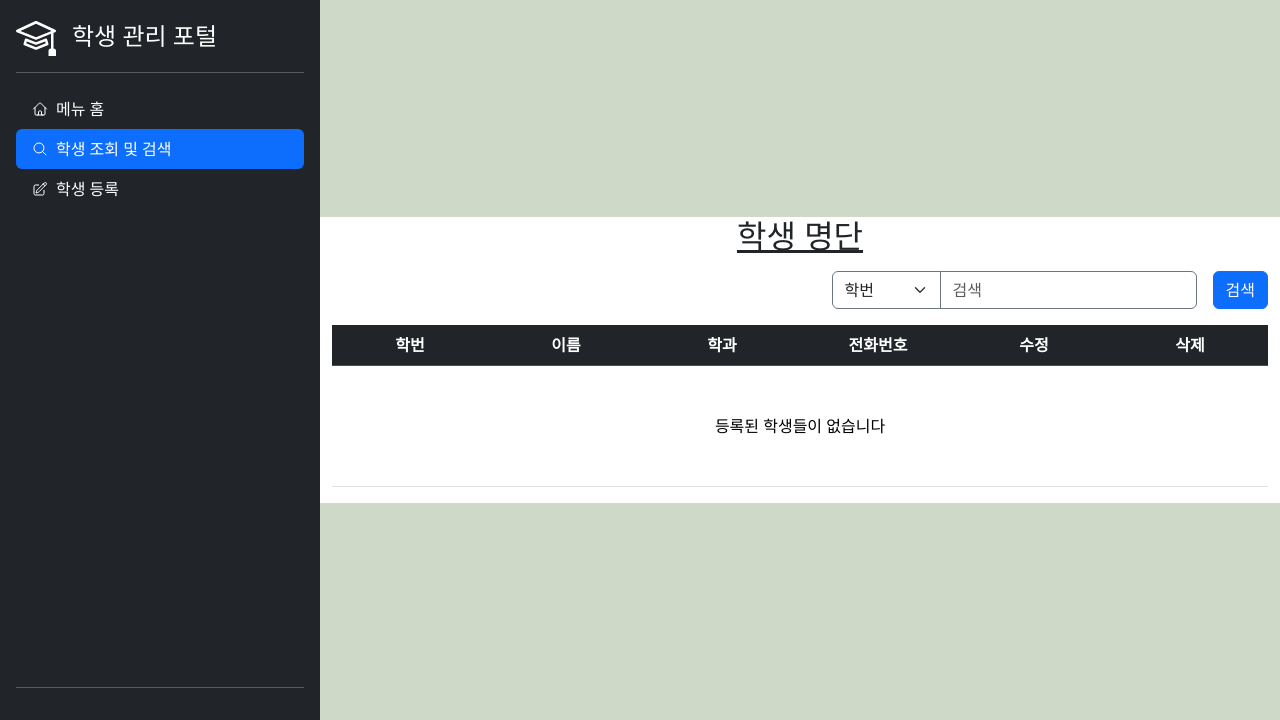
Repository: invisibleufo101/StudentManagementWeb
Page: http://localhost/HSW_Web/browseStudents.do
An editor plug-in stored every save of this project. The page is shown before and after the next save, followed by the edit.
The browser window is 1280 px wide. The pictures show the whole page.
The page is served by Tomcat 9. Other server files are loaded and not shown. Queries for data that is not in the repository find no rows.

Above is the page before, as saved 2024-09-24 15:32:21.

### HSW_Web/src/main/java/com/university/controller/BrowseStudentsServlet.java
package com.university.controller;

import java.io.IOException;
import java.io.PrintWriter;
import java.util.List;

import javax.servlet.ServletException;
import javax.servlet.annotation.WebServlet;
import javax.servlet.http.HttpServlet;
import javax.servlet.http.HttpServletRequest;
import javax.servlet.http.HttpServletResponse;
import javax.servlet.http.HttpSession;

import com.university.model.impl.Student;
import com.university.service.StudentService;

@WebServlet("/browseStudents.do")
public class BrowseStudentsServlet extends HttpServlet {

	private static final long serialVersionUID = 1L;

	/**
	 * 사용자가 학 조회 및 검색 탭을 눌렀을 때 호출 되는 메소드입니다.
	 */
	protected void service(HttpServletRequest request, HttpServletResponse response)
			throws ServletException, IOException {
		showContent(request, response);
	}

	/**
	 * 사용자를 위해 데이터베이스에 저장된 모든 학생들의 정보를 볼 수 있는 페이지를 생성합니다. 테이블 위에 있는 검색 기능으로 특정한 조건에
	 * 맞는 학생들을 골라 볼 수 있습니다.
	 *
	 * @param request  사용자 요청
	 * @param response 요청에 해당하는 학생 명단 페이
	 * @throws IOException
	 */
	private void showContent(HttpServletRequest request, HttpServletResponse response) throws IOException {

		// Get search Category & Keyword from session
		String searchCategory = request.getParameter("search_student_category");
		String searchKeyword = request.getParameter("search_student_keyword");

		// Set default value for both search category & keyword
		if (searchCategory == null) {
			searchCategory = "search_by_id";
		}

		if (searchKeyword == null) {
			searchKeyword = "";
		}

		HttpSession session = request.getSession();
		session.setAttribute("searchCategory", searchCategory);
		session.setAttribute("searchKeyword", searchKeyword);

		PrintWriter out = response.getWriter();

		// Head
		out.println("<!DOCTYPE html>");
		out.println("<html>");
		out.println("<head>");
		out.println("<meta charset='UTF-8'>");
		out.println("<meta name='viewport' content='width=device-width, initial-scale=1'>");
		out.println("<link rel='stylesheet' href='css/bootstrap.min.css' />");
		out.println("<script defer src='js/bootstrap.bundle.min.js'></script>");
		out.println("<link rel='icon' href='images/portal_icon.svg'/>");
		out.println("<title>학생 관리 포털</title>");
		out.println("</head>");

		// Body
		out.println("<body>");
		out.println("<main class='d-flex flex-nowrap vh-100'>");

		// Navbar
		out.println("<!-- Start of Navbar -->");
		out.println("<nav class='d-flex flex-lg-column flex-md-column flex-row flex-shrink-0 p-3 text-bg-dark' style='width: 25vw;'>");
		out.println("<a href='/' class='d-flex justify-content-around align-items-center mb-3 mb-md-0 me-md-auto text-white text-decoration-none'>");
		out.println("<svg xmlns='http://www.w3.org/2000/svg' width='40' height='40' fill='currentColor' class='bi bi-mortarboard' viewBox='0 0 16 16'>");
		out.println("<path d='M8.211 2.047a.5.5 0 0 0-.422 0l-7.5 3.5a.5.5 0 0 0 .025.917l7.5 3a.5.5 0 0 0 .372 0L14 7.14V13a1 1 0 0 0-1 1v2h3v-2a1 1 0 0 0-1-1V6.739l.686-.275a.5.5 0 0 0 .025-.917zM8 8.46 1.758 5.965 8 3.052l6.242 2.913z'/>");
		out.println("<path d='M4.176 9.032a.5.5 0 0 0-.656.327l-.5 1.7a.5.5 0 0 0 .294.605l4.5 1.8a.5.5 0 0 0 .372 0l4.5-1.8a.5.5 0 0 0 .294-.605l-.5-1.7a.5.5 0 0 0-.656-.327L8 10.466zm-.068 1.873.22-.748 3.496 1.311a.5.5 0 0 0 .352 0l3.496-1.311.22.748L8 12.46z'/>");
		out.println("</svg>");
		out.println("<span class='ms-3' style='font-size: 1.5rem;'>학생 관리 포털</span>");
		out.println("</a>");
		out.println("<hr/>");
		out.println("<ul class='nav nav-pills flex-column mb-auto'>");

		// 홈
		out.println("<!-- Menu Home -->");
		out.println("<li class='nav-item'>");
		out.println("<a href='/' class='nav-link text-white'>");
		out.println("<div class='d-flex align-items-center'>");
		out.println("<svg class='bi me-2' xmlns='http://www.w3.org/2000/svg' fill='none' viewBox='0 0 24 24' stroke-width='1.5' stroke='currentColor' width='16' height='16'>");
		out.println("<path stroke-linecap='round' stroke-linejoin='round' d='m2.25 12 8.954-8.955c.44-.439 1.152-.439 1.591 0L21.75 12M4.5 9.75v10.125c0 .621.504 1.125 1.125 1.125H9.75v-4.875c0-.621.504-1.125 1.125-1.125h2.25c.621 0 1.125.504 1.125 1.125V21h4.125c.621 0 1.125-.504 1.125-1.125V9.75M8.25 21h8.25' />");
		out.println("</svg>");
		out.println("<p class='m-0'>메뉴 홈</p>");
		out.println("</div>");
		out.println("</a>");
		out.println("</li>");

		// 학생 조회 및 검색
		out.println("<!-- List and Search Students -->");
		out.println("<li>");
		out.println("<a href='/browseStudents.do' class='nav-link active'>");
		out.println("<div class='d-flex align-items-center'>");
		out.println("<svg class='bi me-2' xmlns='http://www.w3.org/2000/svg' fill='none' viewBox='0 0 24 24' stroke-width='1.5' stroke='currentColor' width='16' height='16'>");
		out.println("<path stroke-linecap='round' stroke-linejoin='round' d='m21 21-5.197-5.197m0 0A7.5 7.5 0 1 0 5.196 5.196a7.5 7.5 0 0 0 10.607 10.607Z'/>");
		out.println("</svg>");
		out.println("<p class='m-0'>학생 조회 및 검색</p>");
		out.println("</div>");
		out.println("</a>");
		out.println("</li>");

		// 학생 등록
		out.println("<!-- Register Student -->");
		out.println("<li>");
		out.println("<a href='/register_student.html' class='nav-link text-white'>");
		out.println("<div class='d-flex align-items-center'>");
		out.println("<svg class='bi me-2' xmlns='http://www.w3.org/2000/svg' fill='none' viewBox='0 0 24 24' stroke-width='1.5' stroke='currentColor' width='16' height='16'>");
		out.println("<path stroke-linecap='round' stroke-linejoin='round' d='m16.862 4.487 1.687-1.688a1.875 1.875 0 1 1 2.652 2.652L10.582 16.07a4.5 4.5 0 0 1-1.897 1.13L6 18l.8-2.685a4.5 4.5 0 0 1 1.13-1.897l8.932-8.931Zm0 0L19.5 7.125M18 14v4.75A2.25 2.25 0 0 1 15.75 21H5.25A2.25 2.25 0 0 1 3 18.75V8.25A2.25 2.25 0 0 1 5.25 6H10' />");
		out.println("</svg>");
		out.println("<p class='m-0'>학생 등록</p>");
		out.println("</div>");
		out.println("</a>");
		out.println("</li>");
		out.println("</ul>");
		out.println("<hr/>");
		out.println("</nav>");
		out.println("<!-- End of Navbar -->");

		// 학생 명단
		out.println("<section class='d-flex justify-content-center align-items-center' style='width: 75vw; background-color: #ced9c7;'>");
		out.println("<!-- Start of Student List -->");
		out.println("<div class='container mx-auto bg-white' style='max-height: 80vh; overflow-y: auto;'>");
		out.println("<h2 class='text-center text-decoration-underline mb-3'>학생 명단</h2>");

		// 검색

		out.println("<div class=''>");
		out.println("<form action='/browseStudents.do' method='POST'>");
		out.println("<div class='row g-3 justify-content-end'>");

		out.println("<div class='col-auto'>");
		out.println("<div class='input-group'>");

		out.println("<div class='w-20'>");
		out.println("<select class='form-select border rounded-start border-secondary' style='border-radius: 0;' name='search_student_category'>");

		// Juggle selected attribute based on the current search category & keyword stored in session
		String category = (String) session.getAttribute("searchCategory");
		if (category.equals("search_by_id")) {
			out.println("<option value='search_by_id' selected> 학번 </option>");
		} else {
			out.println("<option value='search_by_id'> 학번 </option>");
		}

		if (category.equals("search_by_name")) {
			out.println("<option value='search_by_name' selected> 이름 </option>");
		} else {
			out.println("<option value='search_by_name'> 이름 </option>");
		}

		if (category.equals("search_by_major")) {
			out.println("<option value='search_by_major' selected> 학과 </option>");
		} else {
			out.println("<option value='search_by_major'> 학과 </option>");
		}

		if (category.equals("search_by_phone_number")) {
			out.println("<option value='search_by_phone_number' selected> 전화번호 </option>");
		} else {
			out.println("<option value='search_by_phone_number'> 전화번호 </option>");
		}

		out.println("</select>");
		out.println("</div>");

		out.println("<input type='search' class='form-control border border-secondary' id='search_student_keyword' name='search_student_keyword' placeholder='검색' value='"
						+ session.getAttribute("searchKeyword") + "'>");
		out.println("</div>");
		out.println("</div>");
		out.println("<div class='col-auto'>");
		out.println("<button type='submit' class='btn btn-primary mb-3'>검색</button>");
		out.println("</div>");
		out.println("</div>");
		out.println("<table class='table table-hover text-center w-100 overflow-y-hidden' style='table-layout: fixed;'> ");
		out.println("<thead class='table-dark sticky-top top-0'>");
		out.println("<tr>");
		out.println("<th scope='col'>학번</th>");
		out.println("<th scope='col'>이름</th>");
		out.println("<th scope='col'>학과</th>");
		out.println("<th scope='col'>전화번호</th>");
		out.println("<th scope='col'>수정</th>");
		out.println("<th scope='col'>삭제</th>");
		out.println("</tr>");
		out.println("</thead>");
		out.println("<tbody>");

		// Rows of Student record from the Database
		StudentService studentService = new StudentService();
		String keyword = (String) session.getAttribute("searchKeyword");

		List<Student> students = studentService.getAllStudents(category, keyword);
		// If there are no students in the SEARCH RESULT
		if (!keyword.equals("") && students.isEmpty()) {
			out.println("<tr>");
			out.println("<td class='p-5' colspan='6'>검색 결과에 해당하는 학생들이 없습니다</td>");
			out.println("</tr>");
		// If there are no REGISTERED students
		} else if (students.isEmpty()) {
			out.println("<tr>");
			out.println("<td class='p-5' colspan='6'>등록된 학생들이 없습니다</td>");
			out.println("</tr>");
		} else {
			for (Student student : students) {
				out.println("<tr>");
				out.println("<td>" + student.getField("studentId") + "</td>");
				out.println("<td>" + student.getField("name") + "</td>");
				out.println("<td>" + student.getField("major") + "</td>");
				out.println("<td>" + student.getField("phoneNumber") + "</td>");
				out.println("<td>");
				out.println("<a href='readStudent.do?id=" + student.getField("id") + "' class='icon-link icon-link-hover text-primary'>");
				out.println("<svg xmlns='http://www.w3.org/2000/svg' fill='none' viewBox='0 0 24 24' stroke-width='1.5' stroke='currentColor' width='18' height='18'>");
				out.println("<path stroke-linecap='round' stroke-linejoin='round' d='m16.862 4.487 1.687-1.688a1.875 1.875 0 1 1 2.652 2.652L6.832 19.82a4.5 4.5 0 0 1-1.897 1.13l-2.685.8.8-2.685a4.5 4.5 0 0 1 1.13-1.897L16.863 4.487Zm0 0L19.5 7.125' />");
				out.println("</svg>");
				out.println("</a>");
				out.println("</td>");
				out.println("<td>");
				out.println("<a href='deleteStudent.do?id=" + student.getField("id") + "' class='icon-link icon-link-hover text-danger'>");
				out.println("<svg xmlns='http://www.w3.org/2000/svg' fill='none' viewBox='0 0 24 24' stroke-width='1.5' stroke='currentColor' width='18' height='18'>");
				out.println("<path stroke-linecap='round' stroke-linejoin='round' d='m14.74 9-.346 9m-4.788 0L9.26 9m9.968-3.21c.342.052.682.107 1.022.166m-1.022-.165L18.16 19.673a2.25 2.25 0 0 1-2.244 2.077H8.084a2.25 2.25 0 0 1-2.244-2.077L4.772 5.79m14.456 0a48.108 48.108 0 0 0-3.478-.397m-12 .562c.34-.059.68-.114 1.022-.165m0 0a48.11 48.11 0 0 1 3.478-.397m7.5 0v-.916c0-1.18-.91-2.164-2.09-2.201a51.964 51.964 0 0 0-3.32 0c-1.18.037-2.09 1.022-2.09 2.201v.916m7.5 0a48.667 48.667 0 0 0-7.5 0' />");
				out.println("</svg>");
				out.println("</a>");
				out.println("</td>");
				out.println("</tr>");
			}
		}

		out.println("</tbody>");
		out.println("</table>");
		out.println("</div>");
		out.println("<!-- End of Student List -->");
		out.println("</form>");
		out.println("</section>");
		out.println("</main>");
		out.println("</body>");
		out.println("</html>");

		out.close();
	}
}

### HSW_Web/src/main/java/com/university/service/StudentService.java
package com.university.service;

import java.util.List;
import java.util.Map;

import com.university.model.impl.Student;
import com.university.querybuilder.QueryBuilder;

public class StudentService {

	private QueryBuilder queryBuilder = new QueryBuilder(Student.class); // QueryBuilder 객체로 데이터베이스에 대한 작업을 처리합니다.

	public StudentService() {}

	/**
	 * 검색 카테고리와 키워드에 따라 학생들을 출력합니다.
	 *
	 * @param searchStudentId 학생 명단에 학번으로 학생 검색 기능을 구현하기 위한 조건 값
	 * @return 				  검색으로 찾으려는 학생
	 */
	public List<Student> getAllStudents(String searchCategory, String searchKeyword) {

		if (searchCategory.equals("search_by_id")) {
			return queryBuilder.select("*").whereLike("studentId", searchKeyword + "%").getAll();
		} else if (searchCategory.equals("search_by_name")) {
			return queryBuilder.select("*").whereLike("name", "%" + searchKeyword + "%").getAll();
		} else if (searchCategory.equals("search_by_major")) {
			return queryBuilder.select("*").whereLike("major", searchKeyword + "%").getAll();
		} else if (searchCategory.equals("search_by_phone_number")) {
			return queryBuilder.select("*").whereLike("phoneNumber", "%" + searchKeyword + "%").getAll();
		}

		return queryBuilder.select("*").getAll();
	}

	/**
	 * id 항목의 값을 바탕으로 특정한 학생을 검색합니다.
	 *
	 * @param id Student 테이블에 있는 기본키
	 * @return	 검색하려는 Student 객체
	 */
	public Student getStudent(Long id) {
		Student student = queryBuilder.select("*").where("id", id).get();
		return student;
	}

	/**
	 * 인자 값으로 받은 Student 객체의 정보를 바탕으로 student 데이터베이스 테이블에 새로운 행을 하나 추가합니다.
	 *
	 * @param student 테이블에 추가할 데이터를 가지고 있는 Student 객체
	 */
	public void createStudent(Student student) {
		String studentId = (String) student.getField("studentId");
		String name = (String) student.getField("name");
		String major = (String) student.getField("major");
		String phoneNumber = (String) student.getField("phoneNumber");

		queryBuilder.insert("studentId", "name", "major", "phoneNumber").values(studentId, name, major, phoneNumber).execute();
	}

	/**
	 * 인자 값으로 받는 Student 객체의 정보를 토대로 student 테이블에 있는 행을 수정합니다.
	 *
	 * @param student 수정할 정보를 가지고 있는 Student 객체
	 */
	public void updateStudent(Student student) {
		Long id = (Long) student.getField("id");
		String major = (String) student.getField("major");
		String phoneNumber = (String) student.getField("phoneNumber");

		queryBuilder.update().set("major", major).set("phoneNumber", phoneNumber).where("id", id).execute();
	}

	/**
	 * 기본키인 id 항목을 바탕으로 특정 학생을 데이터베이스에서 삭제합니다.
	 *
	 * @param id student 테이블의 기본키
	 */
	public void deleteStudent(Long id) {
		queryBuilder.delete().where("id", id).execute();
	}
}

### HSW_Web/src/main/java/com/university/model/FieldHandler.java
package com.university.model;

import java.lang.reflect.Field;
import java.util.HashMap;
import java.util.Map;

import com.university.querybuilder.TypeCastHandler;

public class FieldHandler {

	private Object model;
	private Map<String, Field> fieldMap;

	/**
	 *
	 * 모델 객체를 기반으로 필드를 초기화하고 getFields()와 setFields()에 필요한 필드 맵을 구성합니다.
	 *
	 * @param model 필드를 처리할 모델 객체
	 */
	public FieldHandler(Object model) {
		this.model = model;
		this.fieldMap = getFieldMap(model);
	}

	/**
	 * 모델 객체에 필드에 값을 설정합니다. 필드 맵으로 해당 인자 값으로 받는 필드의 유무를 확인하며 없다면
	 * NoSuchFieldException 예외를 던집니다.
	 *
	 * @param 필드 이름
	 * @param 받을 값
	 */
	public void setField(String column, Object value) {
		try {
			column = convertToLowerCase(column);
			Field field = fieldMap.get(column);
			if (field == null) {
				throw new NoSuchFieldException("Field name: " + column + " does not exist!");
			}
			field.setAccessible(true);
			Object castedValue = TypeCastHandler.convertToFieldType(field, value);
			field.set(model, castedValue);
		} catch (NoSuchFieldException | IllegalAccessException e) {
			e.printStackTrace();
		}
	}

	/**
	 * 모델 객체가 가지고 있는 필드로부터 해당하는 값을 가져옵니다.
	 *
	 * @param  필드 이름
	 * @return 필드에 저장된 값
	 */
	public Object getField(String column) {
		try {
			column = convertToLowerCase(column);
			Field field = fieldMap.get(column);
			if (field == null) {
				throw new NoSuchFieldException("Field name: " + column + "does not exist!");
			}
			field.setAccessible(true);
			return field.get(model);
		} catch (NoSuchFieldException | IllegalAccessException e) {
			e.printStackTrace();
			return null;
		}
	}

	/**
	 * 모델 객체의 선언된 필드를 가져와 필드 맵을 구성합니다.
	 *
	 * @param model 필드를 처리할 모델 객체
	 * @return 필드 이름과 Field 객체가 Key-Value pair로 담긴 맵
	 */
	private Map<String, Field> getFieldMap(Object model) {
		Map<String, Field> fieldMap = new HashMap<>();
		Field[] fields = model.getClass().getDeclaredFields();
		for (Field field : fields) {
			field.setAccessible(true);
			fieldMap.put(field.getName().toLowerCase(), field);
		}
		return fieldMap;
	}

	/**
	 * QueryBuilder 객체로부터 받는 테이블 항목 이름을 소문자로 변환하고 "_"를 제거합니다. 데이터베이스는 snake_case를
	 * 쓰지만 자바는 camelCase를 쓰기 때문에 데이터베이스로부터 값을 가져올 시 필드 이름을 한번 처리해야 됩니다.
	 *
	 * @param columnName 변환할 컬럼 이름
	 * @return 변환된 소문자 컬럼 이름
	 */
	private String convertToLowerCase(String columnName) {
		String lowerCaseColumn = columnName.toLowerCase().replace("_", "");
		return lowerCaseColumn;
	}
}

### HSW_Web/src/main/java/com/university/util/JDBCUtil.java
package com.university.util;

import java.sql.Connection;
import java.sql.DriverManager;
import java.sql.PreparedStatement;
import java.sql.ResultSet;
import java.sql.SQLException;

public class JDBCUtil {

	/**
	 * DriverManager 객체를 이용하여 H2 데이터베이스에 연결을 합니다.
	 *
	 * 연결을 실패할 경우 null값을 반환합니다.
	 * @return
	 */
	public static Connection getConnection() {
		Connection conn = null;

		try {
			DriverManager.registerDriver(new org.h2.Driver());

			String jdbcUrl = "jdbc:h2:tcp://localhost/~/HSW_Web;CASE_INSENSITIVE_IDENTIFIERS=TRUE";
			String userName = "sa";
			String password = "1234";
			conn = DriverManager.getConnection(jdbcUrl, userName, password);
		} catch (SQLException e) {
			e.printStackTrace();
		}

		return conn;
	}


	/**
	 * H2 데이터베이스에 연결을 끊습니다.
	 * PreparedStatement, Connection 객체들이 null 상태인지 먼저 확인한 후 연결을 끊습니다.
	 *
	 * @param pstmt
	 * @param conn
	 */
	public static void close(PreparedStatement pstmt, Connection conn) {
		try {
			if (pstmt != null) {
				pstmt.close();
			}
		} catch (SQLException e) {
			e.printStackTrace();
		}

		try {
			if (conn != null) {
				conn.close();
			}
		} catch (SQLException e) {
			e.printStackTrace();
		}
	}

	/**
	 * H2 데이터베이스에 연결을 끊습니다. QueryBuilder에서 get(), getAll() 메소드를 위한 연결을 끊는 방식입니다.
	 * 각 ResultSet, PreparedStatement, Connection 객체들이 null 상태인지 먼저 확인한 후 연결을 끊습니다.
	 *
	 * @param pstmt
	 * @param conn
	 */
	public static void close(ResultSet rs, PreparedStatement pstmt, Connection conn) {
		try {
			if (rs != null) {
				rs.close();
			}
		} catch (SQLException e) {
			e.printStackTrace();
		}

		try {
			if (pstmt != null) {
				pstmt.close();
			}
		} catch (SQLException e) {
			e.printStackTrace();
		}

		try {
			if (conn != null) {
				conn.close();
			}
		} catch (SQLException e) {
			e.printStackTrace();
		}

	}
}

### HSW_Web/src/main/java/com/university/querybuilder/RowMapHandler.java
package com.university.querybuilder;

import java.lang.reflect.InvocationTargetException;
import java.sql.ResultSet;
import java.sql.ResultSetMetaData;
import java.sql.SQLException;
import java.util.ArrayList;
import java.util.List;

import com.university.model.Model;

public class RowMapHandler {

	/**
	 * SELECT문을 실행하고 모델 자식 객체들이 가지고 있는 필드에 알맞는 데이터 타입을 배정해주기 위해 만든 static 클래스입니다.
	 */
	public RowMapHandler() {}

	/**
	 * 데이터베이스 결과 값들을 가지고 있는 ResultSet 객체에 테이블 항목 이름과 데이터 값을 추출하고
	 * 모델 클래스의 setField() 메소드로 각 객체에 알맞는 필드 값을 지정해줍니다.
	 *
	 * @param <T>
	 * @param modelClass 모델 객체
	 * @param rs 		 데이터베이스 결과 값을 가지고 있는 ResultSet 객체
	 * @return 			 결과 값들을 가지고 있는 모델 객체 배열
	 * @throws SQLException
	 */
	@SuppressWarnings("unchecked")
	public static <T extends Model> List<T> mapRows(Class<? extends Model> modelClass, ResultSet rs) throws SQLException {
		ResultSetMetaData metaData = rs.getMetaData();
		int columnCount = metaData.getColumnCount();
		List<T> modelObjects = new ArrayList<>();

		while(rs.next()) {
			T modelObject = null;
			try {
				modelObject = (T) modelClass.getDeclaredConstructor().newInstance();
				for (int idx=1; idx<=columnCount; idx++) {
					String columnName = metaData.getColumnName(idx).toLowerCase();
					Object columnValue = rs.getObject(idx);

					modelObject.setField(columnName, columnValue);
				}
			} catch (InstantiationException | IllegalAccessException | IllegalArgumentException |
					InvocationTargetException | NoSuchMethodException | SecurityException e) {
				e.printStackTrace();
			}
			modelObjects.add(modelObject);
		}
		return modelObjects;
	}

	/**
	 * 위 메소드와 동일하지만 테이블 행 하나의 결과 값을 모델 객체에 지정해 반환합니다.
	 * 모델 클래스의 setField() 메소드로 각 객체에 알맞는 필드 값을 지정해줍니다.
	 *
	 * @param <T>
	 * @param modelClass 모델 객체
	 * @param rs 		 데이터베이스 결과 값을 가지고 있는 ResultSet 객체
	 * @return 			 결과 값들을 가지고 있는 모델 객체 배열
	 * @throws SQLException
	 */
	@SuppressWarnings("unchecked")
	public static <T extends Model> T mapRow(Class<? extends Model> modelClass, ResultSet rs) throws SQLException {
		ResultSetMetaData metaData = rs.getMetaData();
		int columnCount = metaData.getColumnCount();
		T modelObject = null;
		if (rs.next()) {
			try {
				modelObject = (T) modelClass.getDeclaredConstructor().newInstance();
				for (int idx=1; idx<=columnCount; idx++) {
					String columnName = metaData.getColumnName(idx).toLowerCase();
					Object columnValue = rs.getObject(idx);
					modelObject.setField(columnName, columnValue);
				}
			} catch (InstantiationException | IllegalAccessException | IllegalArgumentException
					| InvocationTargetException | NoSuchMethodException | SecurityException e) {
				e.printStackTrace();
			}
		}
		return modelObject;
	}
}

Loaded but not shown: HSW_Web/src/main/webapp/css/bootstrap.min.css (library); HSW_Web/src/main/webapp/js/bootstrap.bundle.min.js (library); HSW_Web/src/main/java/com/university/querybuilder/QueryBuilder.java (405 lines, source omitted); HSW_Web/src/main/java/com/university/querybuilder/QueryExecutor.java (146 lines, source omitted)

After the next save:
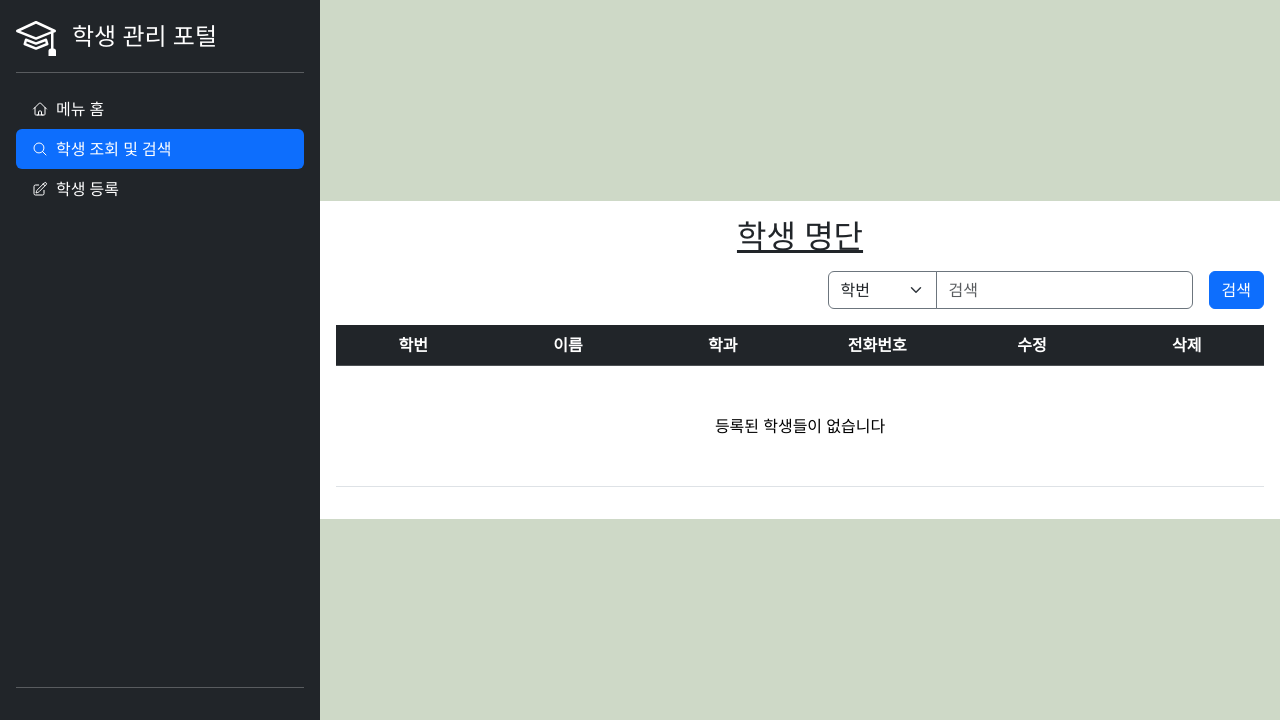
Saved 57 s later.
--- a/HSW_Web/src/main/java/com/university/controller/BrowseStudentsServlet.java
+++ b/HSW_Web/src/main/java/com/university/controller/BrowseStudentsServlet.java
@@ -131,7 +131,7 @@ public class BrowseStudentsServlet extends HttpServlet {
 		// 학생 명단
 		out.println("<section class='d-flex justify-content-center align-items-center' style='width: 75vw; background-color: #ced9c7;'>");
 		out.println("<!-- Start of Student List -->");
-		out.println("<div class='container mx-auto bg-white' style='max-height: 80vh; overflow-y: auto;'>");
+		out.println("<div class='container mx-auto p-3 bg-white' style='max-height: 80vh; overflow-y: auto;'>");
 		out.println("<h2 class='text-center text-decoration-underline mb-3'>학생 명단</h2>");
 
 		// 검색
